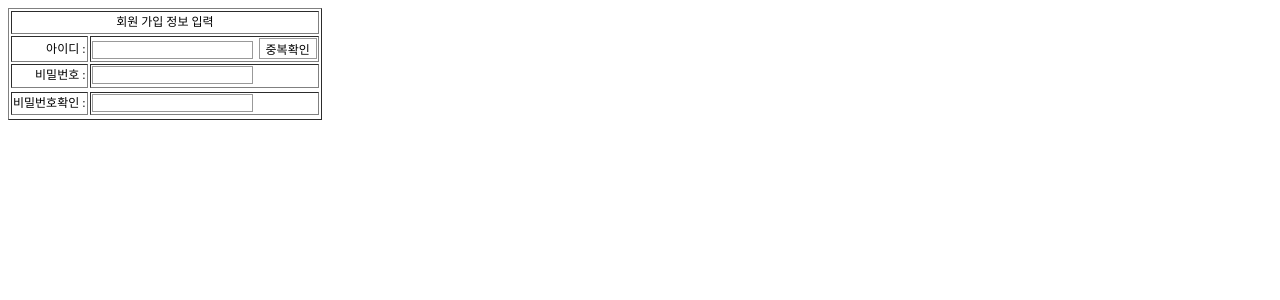
Repository: payboiC/test
Page: http://localhost/ServletProject/memberone/regForm.jsp
These files come from the project's save history. The page is drawn as it stood at one moment and after the next save; the edit follows.
The browser window is 1280 px wide. The pictures show the whole page.
The page is served by Tomcat 9. Nobody is signed in. The application's start-up code is not run. Other server files are loaded and not shown.

Above is the page before, as saved 2022-08-10 03:01:05.
Console error (its wording comes from the project's code and is left out).

### ServletProject/src/main/webapp/memberone/regForm.jsp
<%@ page language="java" contentType="text/html; charset=UTF-8"
    pageEncoding="UTF-8"%>
<!DOCTYPE html>
<html>
<head>
<meta charset="UTF-8">
<title>회원가입 폼</title>
<link rel="stylesheet" type="text/css" href="style.css">
</head>
<body>
<form action="regProc.jsp" method="post" name="regForm">
<table border="1">
<tr>
   <td colspan="2" align="center"> 회원 가입 정보 입력 </td>
</tr>

<tr>
    <td align="right"> 아이디 : </td>
    <td>
         <input type="text" name="id">&nbsp;
         <input type="button" value="중복확인" onclick="#">
    </td>
</tr>

<tr>
<td align="right"> 비밀번호 : </td>
    <td>
       <input type="password" name="pass">
    </td>

 <tr>

 <tr>
<td align="right"> 비밀번호확인 : </td>
    <td>
       <input type="password" name="repass">
    </td>

 <tr>

</table>
</form>
</body>
</html>

### ServletProject/src/main/webapp/memberone/style.css
@charset "UTF-8";

BODY {
	FONT-SIZE:9pt;
	COLOR:black;
	LINE-HEIGHT:160%;

}
TD {
	FONT-SIZE:9pt;
	COLOR:black;
	LINE-HEIGHT:160%;

}

DIV {
	FONT-SIZE:9pt;
	COLOR:black;
	LINE-HEIGHT:160%;

}

FORM {
	FONT-SIZE:9pt;
	COLOR:black;
	LINE-HEIGHT:160%;

}

TEXTAREA{
	BORDER-RIGHT:1px solid #999999;
	border-top: 1px solid #999999;
	border-left: 1px solid #999999;
	border-bottom: 1px solid #999999;
	font-size: 9pt;
	color: black;
	background-color:white;

}

input{
	BORDER-RIGHT:1px solid #999999;
	border-top: 1px solid #999999;
	border-left: 1px solid #999999;
	border-bottom: 1px solid #999999;
	font-size: 9pt;
	color: black;
	background-color:white;

}

A:link {
	text-decoration: none;color: #696969;
}
A:hover {
	text-decoration: yes;color: #66CCFF;
}
A:visited {
	text-decoration: none;color: #330066;
}

After the next save:
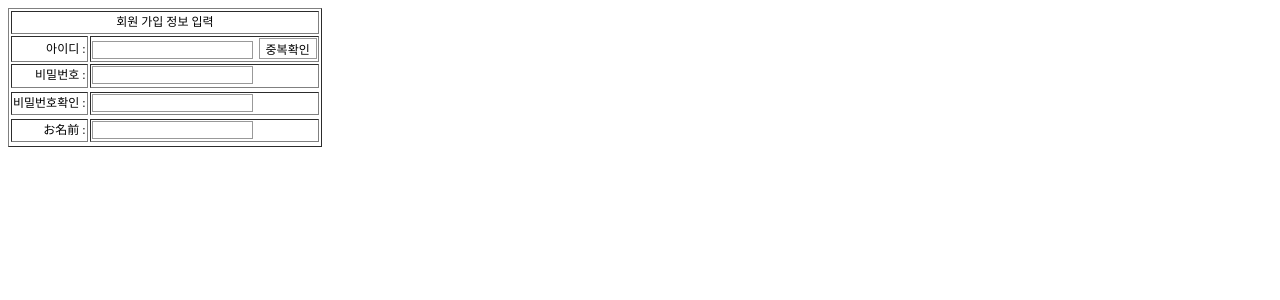
Saved 57 s later.
--- a/ServletProject/src/main/webapp/memberone/regForm.jsp
+++ b/ServletProject/src/main/webapp/memberone/regForm.jsp
@@ -38,6 +38,14 @@
 
  <tr>
 
+<tr>
+<td align="right"> お名前 : </td>
+    <td>
+       <input type="text" name="name">
+    </td>
+
+ <tr>
+
 </table>
 </form>
 </body>
